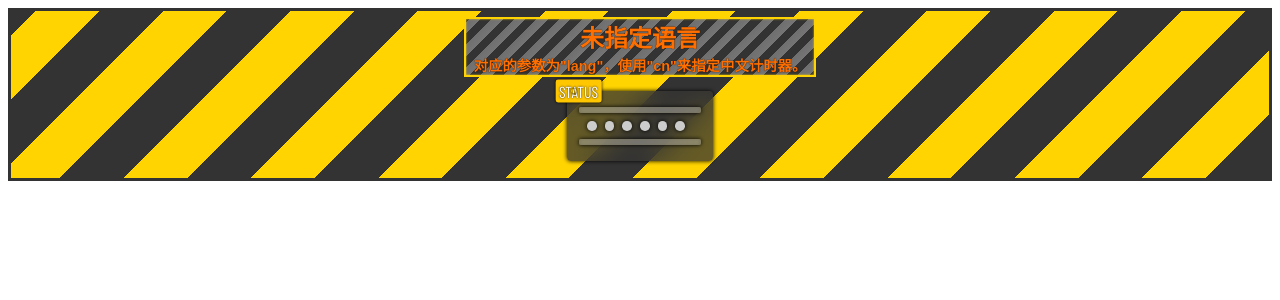
Repository: cirisus/ArknighTimer
Page: timer.html
These files come from the project's save history. The page is drawn as it stood at one moment and after the next save; the edit follows.
The browser window is 1280 px wide. The pictures show the whole page.
Some web fonts or font styles are not loaded; a fallback is used.

Above is the page before, as saved 2024-03-09 17:55:08.

After the next save:
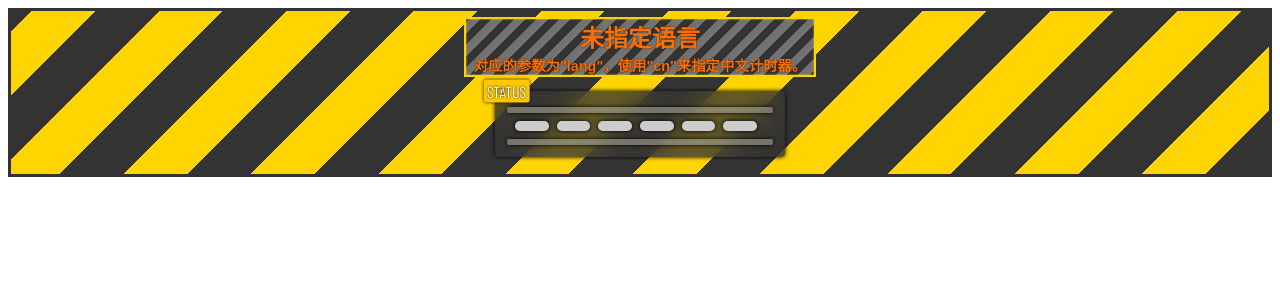
Saved 2 min 30 s later.
--- a/timer.css
+++ b/timer.css
@@ -140,7 +140,7 @@
   box-shadow: 0 0 4px black, inset 0 0 4px #746f57;
 }
 #progress-bar:last-child {
-  margin: 0 .5rem 1rem
+  margin: 0 .5rem .75rem
 }
 .progress-line {
   height: 20px;
@@ -163,6 +163,7 @@
   border-radius: 0.15em;
   padding: 0.15em;
   box-shadow: 0 0 5px black;
+  min-width: 1.5rem
 }
 
 .unit-label {
